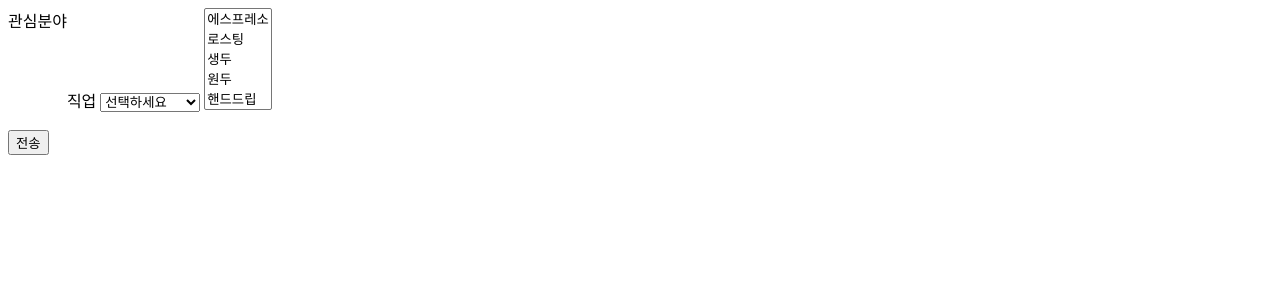
Repository: o3orr/jsp_study
Page: http://localhost/web-study-02/10_select.jsp
The author's editor kept a copy of each file at every save. The page is drawn from the files as they stood at one save, then again after the next save.
The browser window is 1280 px wide. The pictures show the whole page.
The page is served by Tomcat 9. Other server files are loaded and not shown.

Above is the page before, as saved 2024-02-29 04:13:09.

### web-study-02/src/main/webapp/10_select.jsp
<%@ page language="java" contentType="text/html; charset=UTF-8"
    pageEncoding="UTF-8"%>
<!DOCTYPE html>
<html>
<head>
<meta charset="UTF-8">
<title>Insert title here</title>
</head>
<body>
	<form method="get" action="SelectServlet">
		<span sytle="float: left;margin-right 20px">
			<label for="job">직업</label>
			<select id="job" name="job" size="1">
				<option value="">선택하세요</option>
				<option value="학생">학생</option>
				<option value="컴퓨터/인터넷">컴퓨터/인터넷</option>
				<option value="언론">언론</option>
				<option value="공무원">공무원</option>
				<option value="군인">군인</option>
				<option value="서비스업">서비스업</option>
			</select>
		</span>

		<label for="interest" style="float: left;">관심분야</label>
		<select id="interest" name="interest" size='5' multiple="multiple">
			<option value="에스프레소">에스프레소</option>
			<option value="로스팅">로스팅</option>
			<option value="생두">생두</option>
			<option value="원두">원두</option>
			<option value="핸드드립">핸드드립</option>
		</select>
		<br><br>
		<input type="submit" value="전송" style="float: letf; margin-right;50px">

		</label>

	</form>

</body>
</html>

After the next save:
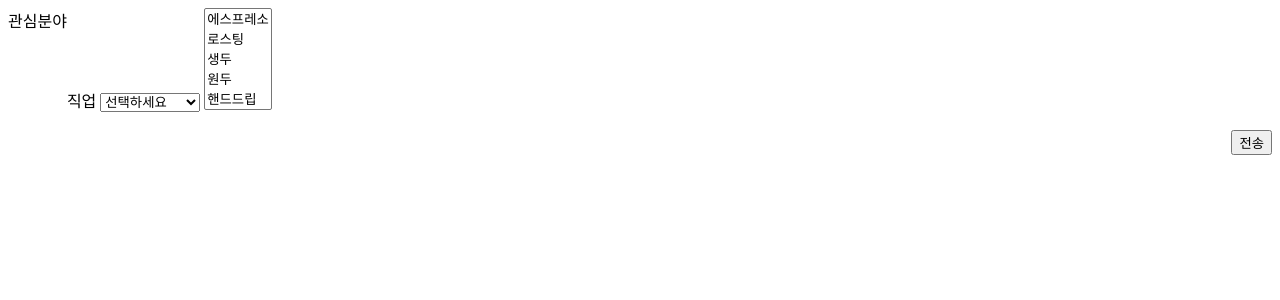
Saved 42 s later.
--- a/web-study-02/src/main/webapp/10_select.jsp
+++ b/web-study-02/src/main/webapp/10_select.jsp
@@ -30,7 +30,7 @@
 			<option value="핸드드립">핸드드립</option>
 		</select>
 		<br><br>
-		<input type="submit" value="전송" style="float: letf; margin-right;50px">
+		<input type="submit" value="전송" style="float: right; margin-right;50px">
 
 		</label>
 

After the save that followed:
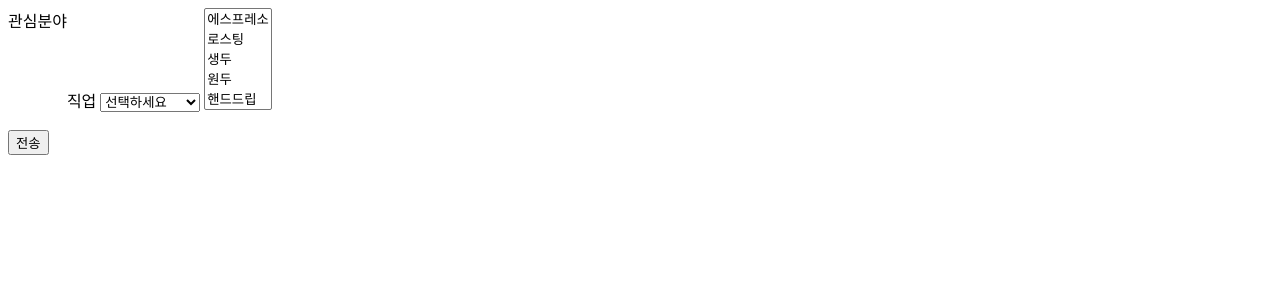
Saved 16 s later.
--- a/web-study-02/src/main/webapp/10_select.jsp
+++ b/web-study-02/src/main/webapp/10_select.jsp
@@ -30,7 +30,7 @@
 			<option value="핸드드립">핸드드립</option>
 		</select>
 		<br><br>
-		<input type="submit" value="전송" style="float: right; margin-right;50px">
+		<input type="submit" value="전송" style="float: left; margin-right;50px">
 
 		</label>
 
